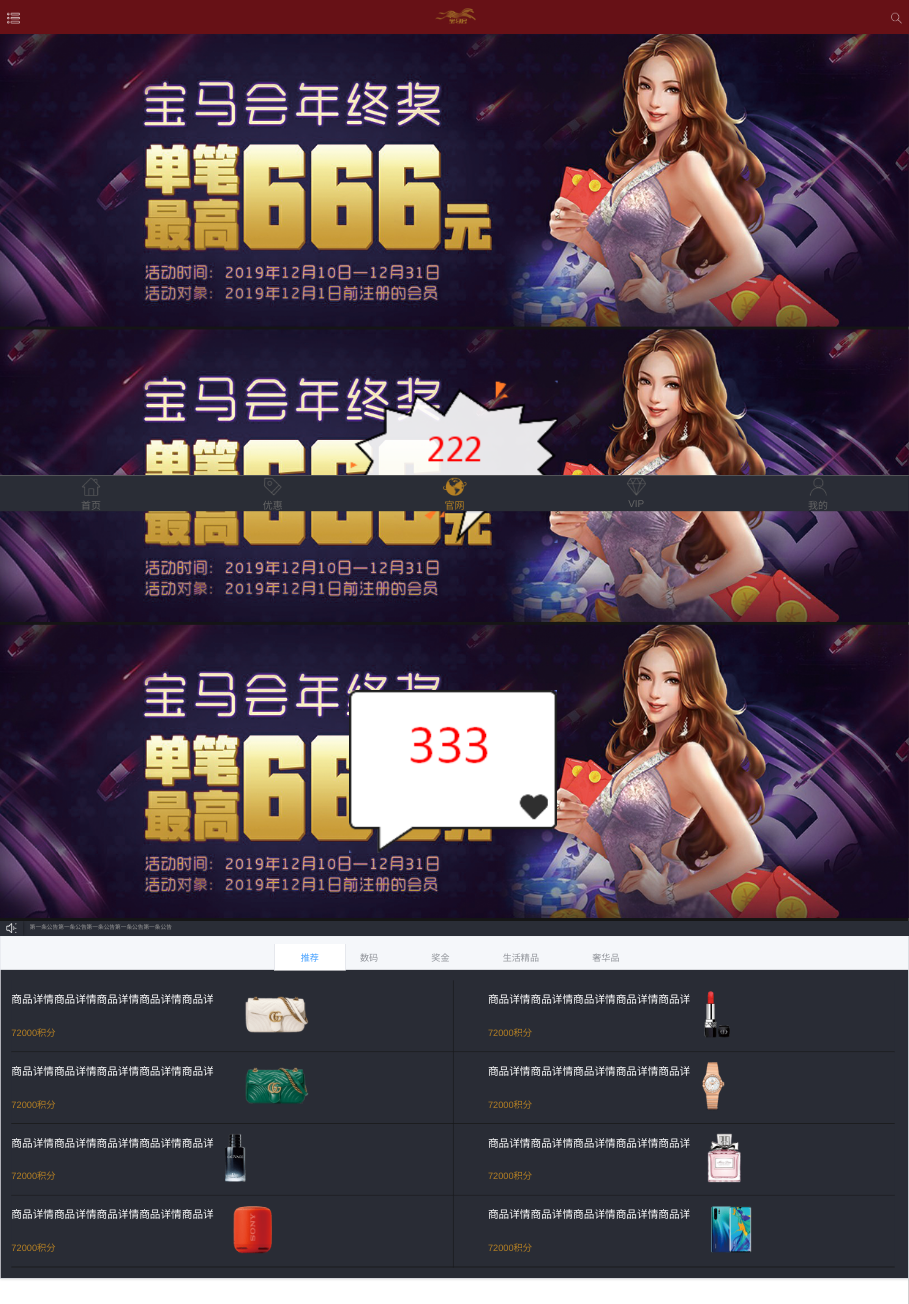
Repository: ada6688/IntegralMall
Page: /
These files come from the project's save history. The page is drawn as it stood at one moment and after the next save; the edit follows.
The browser window is 1280 px wide. The pictures show the whole page, at 71% of full size.
The project was rebuilt for these pictures with package versions that can differ from the ones it lists, and the page was loaded fresh each time. Also part of the build but not shown: src/router/index.js.

Above is the page before, as saved 2020-01-01 17:55:51.

After the next save:
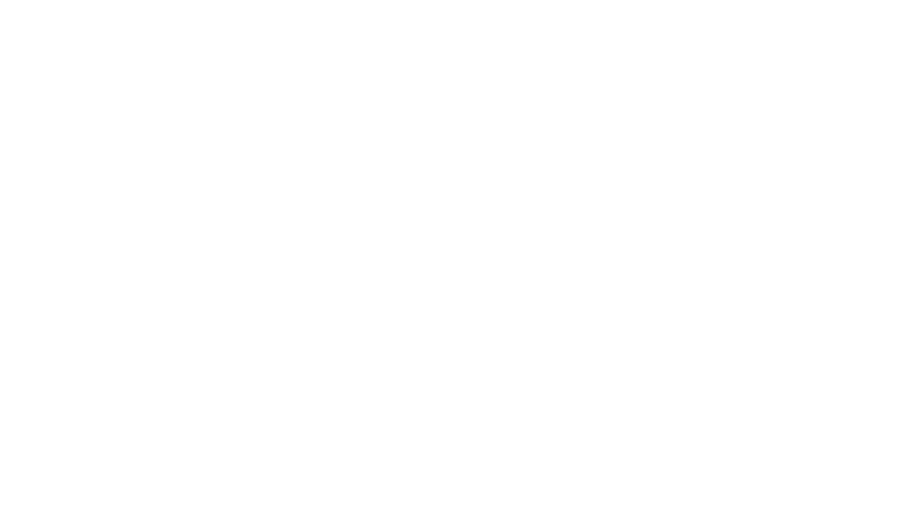
Console error: ReferenceError: MainNav is not defined
Saved 5 min 10 s later.
--- a/src/components/page/Youhui.vue
+++ b/src/components/page/Youhui.vue
@@ -1,16 +1,20 @@
 <template>
   <div>
     优惠中心
-    <MainNav></MainNav>
+    <TopNav></TopNav>
+    <BottomNav></BottomNav>
   </div>
 </template>
 <script>
-import MainNav from '@/components/page/MainNav'
+import BottomNav from '@/components/common/Bottomnav'
+import TopNav from '@/components/common/Topnav'
 
 export default {
   name: 'App',
   components: {
-    MainNav
+    MainNav,
+    BottomNav,
+    TopNav,
   }
 }
 </script>

After the save that followed:
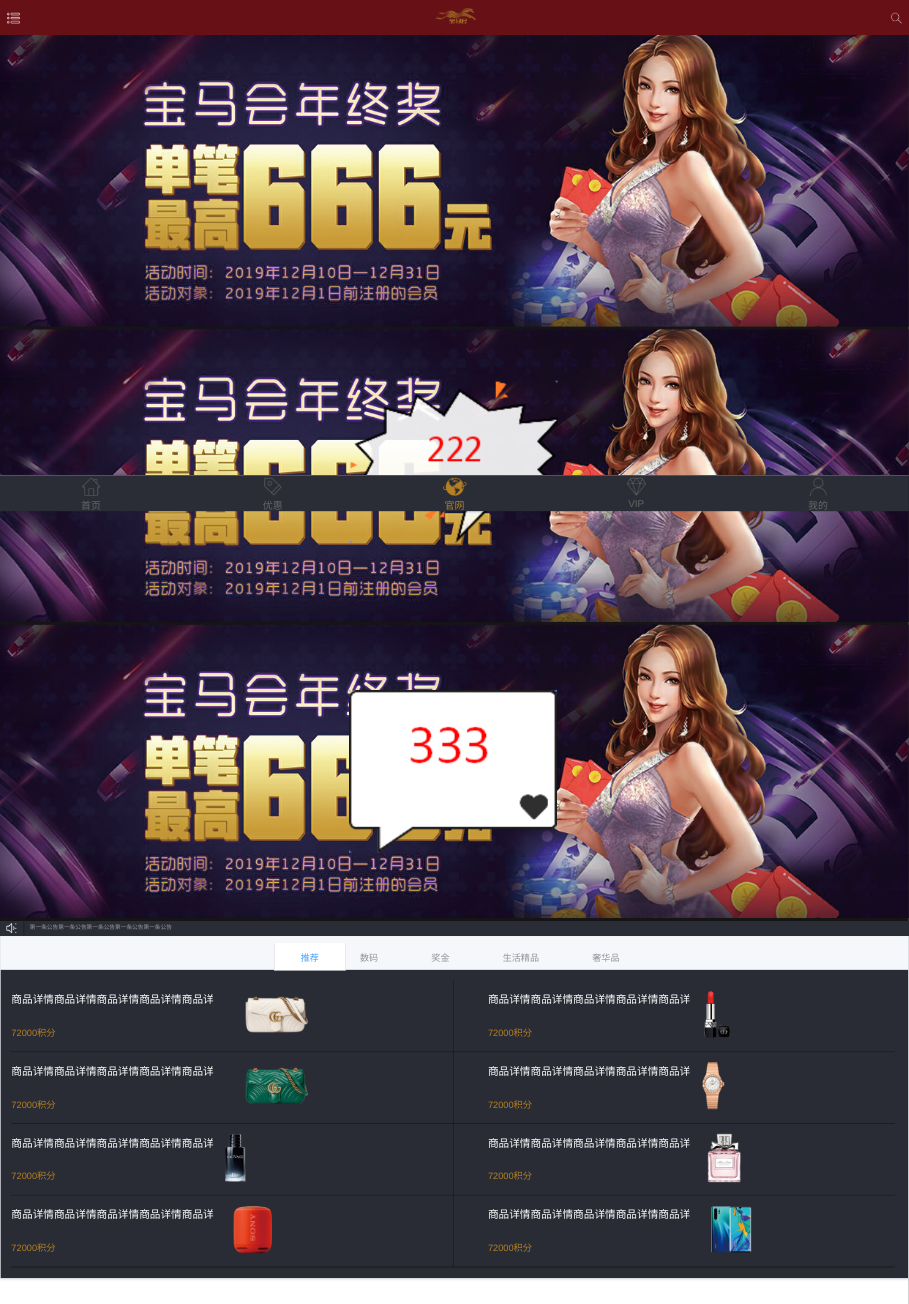
The error is gone.
Saved 11 s later.
--- a/src/components/page/Youhui.vue
+++ b/src/components/page/Youhui.vue
@@ -12,7 +12,6 @@
 export default {
   name: 'App',
   components: {
-    MainNav,
     BottomNav,
     TopNav,
   }
